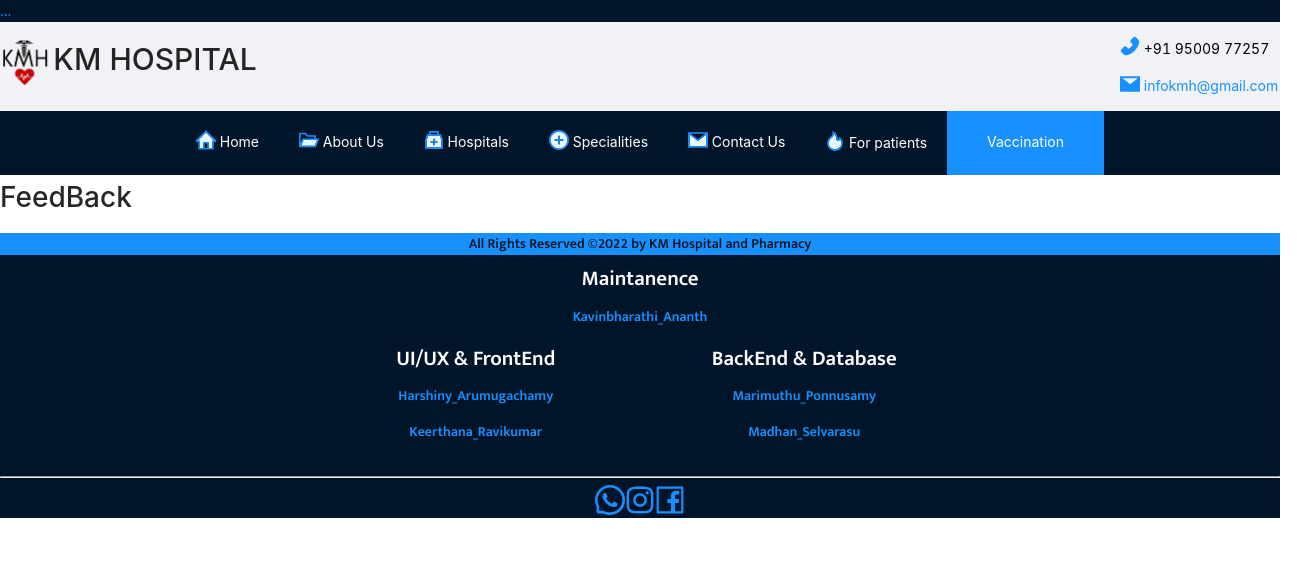
Repository: marimuthu1001/KHM-hospital
Page: /feedback (app in km-hospital/)
The author's editor kept a copy of each file at every save. The page is drawn from the files as they stood at one save, then again after the next save.
The browser window is 1280 px wide. The page is 1297 px wide, so the pictures cover 1297 px, including what lies to the right of the window. The pictures show the whole page.
The page's requests for data from a server got no answer. The project was rebuilt for these pictures with package versions that can differ from the ones it lists, and the page was loaded fresh each time. No one was signed in, and anything a server would have sent is missing. Also part of the build but not shown: km-hospital/src/Styles/ContactUs.module.css, km-hospital/src/Pages/ContactUs.jsx, km-hospital/src/Pages/AboutUS.jsx, km-hospital/src/Styles/Specialities.module.css, km-hospital/src/Pages/Specialities.jsx.

Above is the page before, as saved 2022-01-25 12:31:17.

After the next save:
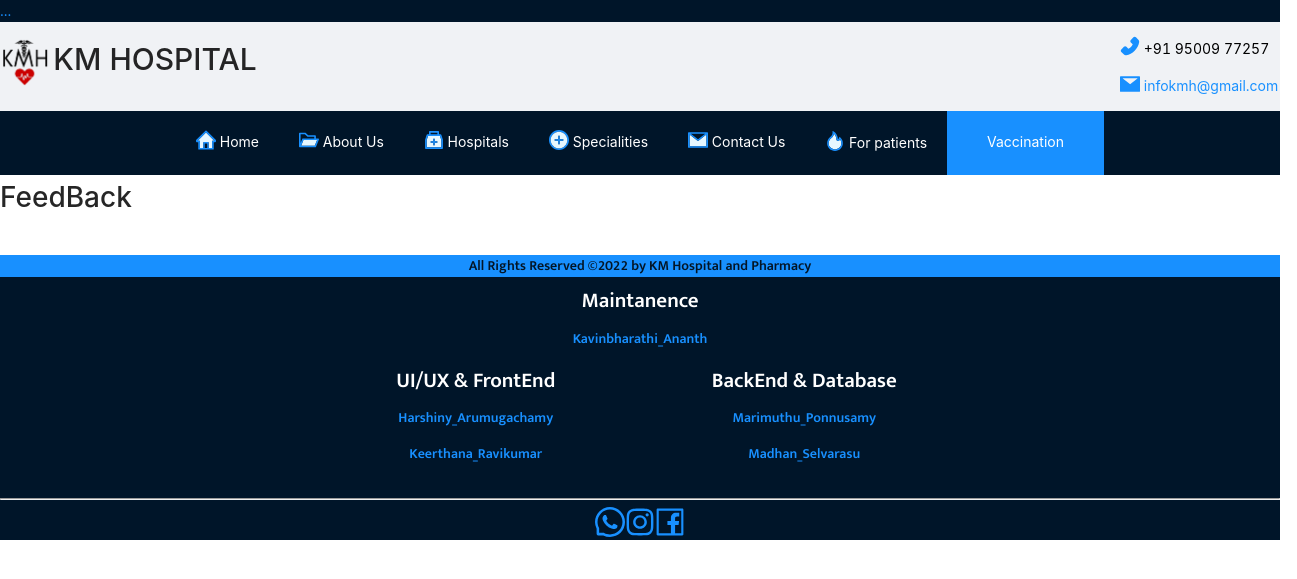
Saved 87 s later.
--- a/km-hospital/src/Pages/Feedback.jsx
+++ b/km-hospital/src/Pages/Feedback.jsx
@@ -40,6 +40,10 @@ console.log(loading)
            <div className="title-pongal">
                <h1>FeedBack </h1>
            </div>
+		   <Spin tip="ஏற்றுகிறது ..." style={{width:1550}} size="large" spinning={loading}>
+
+          </Spin>&nbsp;
+
 		   <Row gutter={[60,30]}>
 			{FeedBacks.map((feedback)=>(
 				<div className={feedback.key}>
